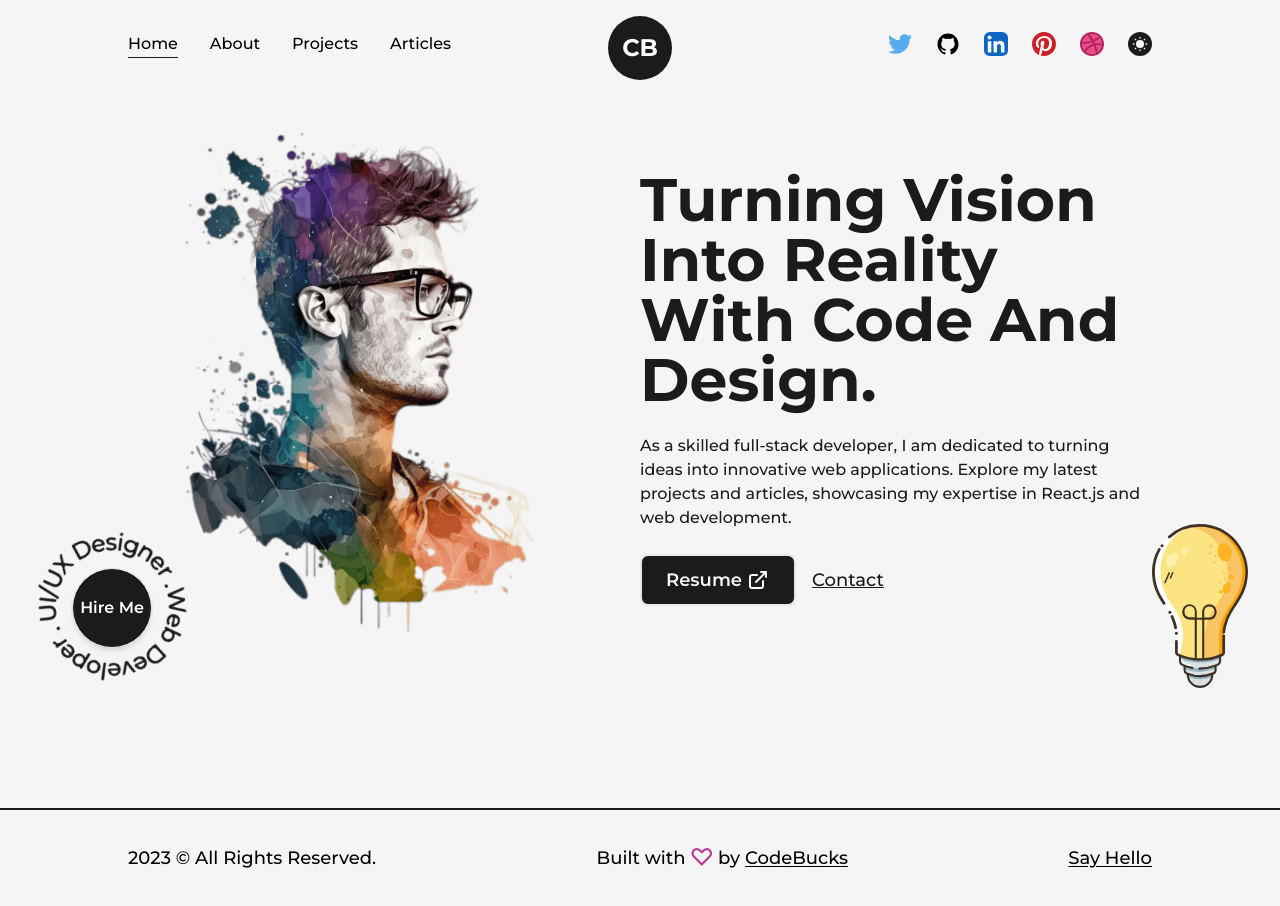
Repository: Paul2002feb/Kiattikhunphan_Resume
Page: /
These files come from the project's save history. The page is drawn as it stood at one moment and after the next save; the edit follows.
The browser window is 1280 px wide. The pictures show the whole page.
The project was rebuilt for these pictures with package versions that can differ from the ones it lists, and the page was loaded fresh each time. The framework's server and built-in components were replaced by stand-ins that run in the browser. Also part of the build but not shown: next.config.js.

Above is the page before, as saved 2023-08-23 17:33:44.

### src/pages/_app.js
import Footer from "@/components/Footer";
import Navbar from "@/components/Navbar";
import "@/styles/globals.css";
import { AnimatePresence } from "framer-motion";
// pages/_app.js
import { Montserrat } from "next/font/google";
import Head from "next/head";
import { useRouter } from "next/router";

// If loading a variable font, you don't need to specify the font weight
const montserrat = Montserrat({ subsets: ["latin"], variable: "--font-mont" });

export default function App({ Component, pageProps }) {
  const router = useRouter();

  return (
    <>
      <Head>
        <meta name="viewport" content="width=device-width, initial-scale=1" />
        <link rel="icon" href="/favicon.ico" />
      </Head>
      <main
        className={`${montserrat.variable} font-mont  bg-light dark:bg-dark w-full min-h-screen h-full`}
      >
        <Navbar />
        <AnimatePresence initial={false} mode="wait">
          <Component key={router.asPath} {...pageProps} />
        </AnimatePresence>
        <Footer />
      </main>
    </>
  );
}

### src/pages/_document.js
import { Html, Head, Main, NextScript } from "next/document";
import Script from "next/script";

export default function Document() {
  return (
    <Html lang="en">
      <Head />
      <body>
        <Script id="theme-switcher" strategy="beforeInteractive">
        {`
 if (
  localStorage.getItem('theme') === 'dark' ||
  (!('theme' in localStorage) &&
    window.matchMedia('(prefers-color-scheme: dark)').matches)
) {
  document.documentElement.classList.add('dark');
} else {
  document.documentElement.classList.remove('dark');
}
  `}
        </Script>
        <Main />
        <NextScript />
      </body>
    </Html>
  );
}

### src/pages/index.js
import AnimatedText from "@/components/AnimatedText";
import { HireMe } from "@/components/HireMe";
import { LinkArrow } from "@/components/Icons";
import Layout from "@/components/Layout";
import Head from "next/head";
import Image from "next/image";
import Link from "next/link";
import lightBulb from "../../public/images/svgs/miscellaneous_icons_1.svg";
import profilePic from "../../public/images/profile/developer-pic-1.png";
import TransitionEffect from "@/components/TransitionEffect";


export default function Home() {

  return (
    <>
      <Head>
        <title>Awesome Portfolio Built with Nextjs</title>
        <meta
          name="description"
          content="Explore CodeBucks's Next.js developer portfolio and
        discover the latest webapp projects and software engineering articles.
        Showcase your skills as a full-stack developer and software engineer."
        />
      </Head>

      <TransitionEffect />
      <article
        className={`flex min-h-screen items-center text-dark dark:text-light sm:items-start`}
      >
        <Layout className="!pt-0 md:!pt-16 sm:!pt-16">
          <div className="flex w-full items-start justify-between md:flex-col">
            <div className="w-1/2 lg:hidden md:inline-block md:w-full">
              <Image
                src={profilePic}
                alt="CodeBucks"
                className="h-auto w-full"
                sizes="100vw"
                priority
              />
            </div>
            <div className="flex w-1/2 flex-col items-center self-center lg:w-full lg:text-center">
              <AnimatedText
                text="Turning vision into reality with code and design."
                className="!text-left !text-6xl xl:!text-5xl lg:!text-center lg:!text-6xl md:!text-5xl sm:!text-3xl"
              />
              <p className="my-4 text-base font-medium md:text-sm sm:!text-xs">
              As a skilled full-stack developer, I am dedicated to turning ideas into innovative web applications. Explore my latest projects and articles, showcasing my expertise in React.js and web development.
              </p>
              <div className="mt-2 flex items-center self-start lg:self-center">
                <Link
                  // whileHover={{
                  //   cursor: `url("data:[embedded picture, 162 characters]"), auto`,
                  // }}
                  href="/dummy.pdf"
                  target={"_blank"}
                  className={`flex items-center rounded-lg border-2 border-solid bg-dark p-2.5 px-6 text-lg font-semibold
            capitalize text-light hover:border-dark hover:bg-transparent hover:text-dark
            dark:bg-light dark:text-dark dark:hover:border-light dark:hover:bg-dark dark:hover:text-light
            md:p-2 md:px-4 md:text-base
             `}
                  download
                >
                  Resume <LinkArrow className="ml-1 !w-6 md:!w-4" />
                </Link>

                <Link
                  href="mailto:codebucks27@gmail.com"
                  className="ml-4 text-lg font-medium capitalize text-dark underline
                  dark:text-light md:text-base"
                >
                  Contact
                </Link>
              </div>
            </div>
          </div>
        </Layout>

        <HireMe />
        <div className="absolute right-8 bottom-8 inline-block w-24 md:hidden">
          <Image
            className="relative h-auto w-full"
            src={lightBulb}
            alt="Codebucks"
          />
        </div>
      </article>
    </>
  );
}

### src/components/Footer.js
import Link from "next/link";
import React from "react";
import Layout from "./Layout";

const Footer = () => {
  return (
    <footer
      className="w-full border-t-2 border-solid border-dark
    font-medium text-lg dark:text-light dark:border-light sm:text-base
    "
    >
      <Layout className="py-8 flex items-center justify-between lg:flex-col lg:py-6">
        <span>{new Date().getFullYear()} &copy; All Rights Reserved.</span>

        <div className="flex items-center lg:py-2">
          Built with <span className="text-primary text-2xl px-1 dark:text-primaryDark">&#9825;	</span> by&nbsp;
          <Link
            href="https://devdreaming.com"
            target="_blank"
            className="underline underline-offset-2"
          >
            CodeBucks
          </Link>
        </div>

        <Link
          href="https://devdreaming.com/about"
          target="_blank"
          className="underline underline-offset-2"
        >
          Say Hello
        </Link>
      </Layout>
    </footer>
  );
};

export default Footer;

### src/components/AnimatedText.js
import React from "react";
import { motion, stagger } from "framer-motion";

//animated the "Turning vision part" this makes it appear in 1s
const quote = {
  initial: { opacity: 1 },
  animate: {
    opacity: 1,
    transition: {
      delay: 0.3,
      staggerChildren: 0.1,
    },
  },
};

const singleWord = {
  initial: { opacity: 0, y: 50 },
  animate: {
    opacity: 1,
    y: 0,
    transition: {
      duration: 1,
    },
  },
};

// 2 inputs text and className
const AnimatedText = ({ text, className = "" }) => {
  return (
    <div className="w-full mx-auto py-2 flex items-center justify-center text-center overflow-hidden sm:py-0">
      <motion.h1
        className={`text-8x1 inline-block w-full text-green font-bold capitalize text-8xl dark:text-light ${className}`}
        variants={quote}
        // initial and animate take the values above
        initial="initial"
        animate="animate"
      >
        {text.split(" ").map((word, index) => (
          <motion.span
            key={word + "_" + index}
            className="inline-block"
            variants={singleWord}
            // no need to initialize this.
            // initial="initial"
            // animate="animate"
          >
            {word}&nbsp;
          </motion.span>
        ))}
      </motion.h1>
    </div>
  );
};

export default AnimatedText;

### src/components/HireMe.js
import Link from "next/link";
import React from "react";
import { CircularText } from "./Icons";

export const HireMe = () => {
  return (
    <div className="fixed left-4 bottom-4 flex flex-col items-center justify-center md:right-8 sm:right-0
    overflow-hidden md:bottom-auto md:left-auto md:top-0 md:absolute z-20">
      <div className="w-48 h-auto flex items-center justify-center relative md:w-24">
        <CircularText
          className={"fill-dark dark:fill-light animate-spin-slow duration-200"}
        />
        <Link
          href="mailto:codebucks27@gmail.com"
          className="flex items-center justify-center absolute left-[50%] top-[50%] translate-x-[-50%] translate-y-[-50%] shadow-md border border-solid
bg-dark rounded-full text-white w-20 h-20 font-semibold hover:bg-light hover:border-dark hover:text-dark dark:text-dark dark:bg-light dark:hover:bg-dark
dark:hover:text-light dark:hover:border-light dark:shadow-light/25 md:w-12 md:h-12 md:text-[10px]
"
        >
          Hire Me
        </Link>
      </div>
    </div>
  );
};

### src/components/Layout.js
import React from "react";

const Layout = ({ children, className = "" }) => {
  return (
    <div
      className={`z-0 inline-block h-full w-full bg-light p-32 dark:bg-dark xl:p-24 lg:p-16
      md:p-12 sm:p-8 ${className}`}
    >
      {children}
    </div>
  );
};

export default Layout;

### src/components/TransitionEffect.js
import { motion } from "framer-motion";
import React from "react";

const TransitionEffect = () => {
  return (
    <>
      <motion.div
        className="fixed top-0 bottom-0 right-full w-screen h-screen z-30 bg-primary"
        initial={{ x: "100%", width: "100%" }}
        animate={{ x:"0%", width:"0%" }}
        exit={{x:["0%", "100%"], width:["0%","100%"]}}
        transition={{ duration: 0.8, ease: "easeInOut" }}
      />
      <motion.div
        className="fixed top-0 bottom-0 right-full w-screen h-screen z-20 bg-light dark:bg-dark"
        initial={{ x: "100%", width: "100%" }}
        animate={{ x: "0%", width: "0%" }}
        transition={{ delay: 0.2, duration: 0.8, ease: "easeInOut" }}
      />
      <motion.div
        className="fixed top-0 bottom-0 right-full w-screen h-screen z-10 bg-dark dark:bg-light"
        initial={{ x: "100%", width: "100%" }}
        animate={{ x: "0%", width: "0%" }}
        transition={{ delay: 0.4, duration: 0.8, ease: "easeInOut" }}
      />
    </>
  );
};

export default TransitionEffect;

### src/components/Logo.js
import { motion } from 'framer-motion'
import Link from 'next/link'
import React from 'react'


let MotionLink = motion(Link);

const Logo = () => {

  return (
    <div
     className='flex flex-col items-center justify-center mt-2'>
        <MotionLink href="/"
    className='flex items-center justify-center rounded-full w-16 h-16  bg-dark text-white dark:border-2 dark:border-solid dark:border-light
    text-2xl font-bold'
    whileHover={{
      backgroundColor:["#121212", "rgba(131,58,180,1)","rgba(253,29,29,1)","rgba(252,176,69,1)","rgba(131,58,180,1)", "#121212"],
      transition:{duration:1, repeat: Infinity }
    }}
    >CB</MotionLink>
    </div>
  )
}

export default Logo

### src/components/Hooks/useThemeSwitch.js
import React, { useState, useEffect } from "react";

export function useThemeSwitch() {
  const preferDarkQuery = "(prefers-color-scheme: dark)";
  const [mode, setMode] = useState("");

  useEffect(() => {
    const mediaQuery = window.matchMedia(preferDarkQuery);
    const userPref = window.localStorage.getItem("theme");

    const handleChange = () => {
      if (userPref) {
        let check = userPref === "dark" ? "dark" : "light";
        setMode(check);
        if (check === "dark") {
          document.documentElement.classList.add("dark");
        } else {
          document.documentElement.classList.remove("dark");
        }
        return check;
      } else {
        setMode(mediaQuery.matches ? "dark" : "light");
        window.localStorage.setItem(
          "theme",
          mediaQuery.matches ? "dark" : "light"
        );
        if (mediaQuery.matches) {
          document.documentElement.classList.add("dark");
        } else {
          document.documentElement.classList.remove("dark");
        }
        return window.matchMedia(preferDarkQuery).matches ? "dark" : "light";
      }
    };

    handleChange();

    mediaQuery.addEventListener("change", handleChange);
    return () => mediaQuery.removeEventListener("change", handleChange);
  }, []);

  useEffect(() => {
    if (mode === "dark") {
      document.documentElement.classList.add("dark");
      window.localStorage.setItem("theme", "dark");
    }

    if (mode === "light") {
      document.documentElement.classList.remove("dark");
      window.localStorage.setItem("theme", "light");
    }
  }, [mode]);

  // we're doing it this way instead of as an effect so we only
  // set the localStorage value if they explicitly change the default
  return [mode, setMode];
}

### tailwind.config.js
/** @type {import('tailwindcss').Config} */
const { fontFamily } = require("tailwindcss/defaultTheme");

module.exports = {
  content: [
    "./app/**/*.{js,ts,jsx,tsx}",
    "./pages/**/*.{js,ts,jsx,tsx}",
    "./components/**/*.{js,ts,jsx,tsx}",
    // Or if using `src` directory:
    "./src/**/*.{js,ts,jsx,tsx}",
  ],
  darkMode: "class",
  theme: {
    extend: {
      fontFamily: {
        mont: ["var(--font-mont)", ...fontFamily.sans],
      },
      colors: {
        dark: "#1b1b1b",
        light: "#f5f5f5",
        primary: "#B63E96", // 240,86,199 #F056C7
        primaryDark: "#58E6D9", // 80,230,217
      },
      animation: {
        "spin-slow": "spin 8s linear infinite",
      },
      backgroundImage: {
        circularLight:
          "repeating-radial-gradient(rgba(0,0,0,0.4) 2px,#f5f5f5 5px,#f5f5f5 100px)",
        circularDark:
          "repeating-radial-gradient(rgba(255,255,255,0.5) 2px,#1b1b1b 8px,#1b1b1b 100px)",
        circularLightLg:
          "repeating-radial-gradient(rgba(0,0,0,0.4) 2px,#f5f5f5 5px,#f5f5f5 80px)",

        circularDarkLg:
          "repeating-radial-gradient(rgba(255,255,255,0.5) 2px,#1b1b1b 8px,#1b1b1b 80px)",
        circularLightMd:
          "repeating-radial-gradient(rgba(0,0,0,0.4) 2px,#f5f5f5 5px,#f5f5f5 60px)",

        circularDarkMd:
          "repeating-radial-gradient(rgba(255,255,255,0.5) 2px,#1b1b1b 8px,#1b1b1b 60px)",

        circularLightSm:
          "repeating-radial-gradient(rgba(0,0,0,0.4) 2px,#f5f5f5 5px,#f5f5f5 40px)",

        circularDarkSm:
          "repeating-radial-gradient(rgba(255,255,255,0.5) 2px,#1b1b1b 8px,#1b1b1b 40px)",
      },
      boxShadow: {
        "3xl": "0 15px 15px 1px rgba(80,230,217, 0.4)",
      },
    },
    screens: {
      "2xl": { max: "1535px" },
      // => @media (max-width: 1535px) { ... }

      xl: { max: "1279px" },
      // => @media (max-width: 1279px) { ... }

      lg: { max: "1023px" },
      // => @media (max-width: 1023px) { ... }

      md: { max: "767px" },
      // => @media (max-width: 767px) { ... }

      sm: { max: "639px" },
      // => @media (max-width: 639px) { ... }

      xs: { max: "479px" },
      // => @media (max-width: 479px) { ... }
    },
  },
  plugins: [
    function ({ addVariant }) {
      addVariant("child", "& > *");
      addVariant("child-hover", "& > *:hover");
    },
  ],
};

Loaded but not shown: src/styles/globals.css (common file); src/components/Icons.js (463 lines, source omitted); src/components/Navbar.js (265 lines, source omitted)

After the next save:
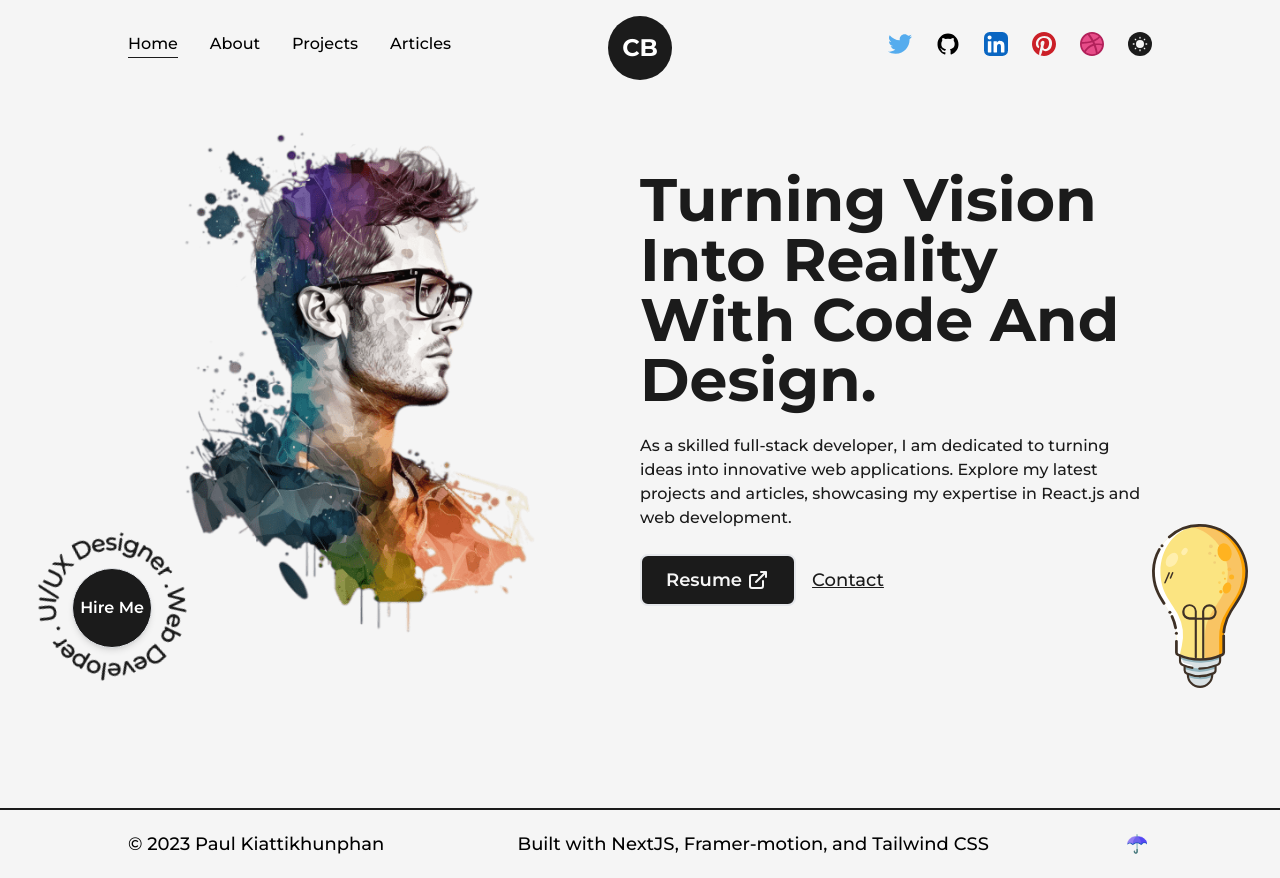
Saved 5 s later.
--- a/src/components/Footer.js
+++ b/src/components/Footer.js
@@ -1,35 +1,19 @@
-import Link from "next/link";
 import React from "react";
 import Layout from "./Layout";
+import Link from "next/link";
 
 const Footer = () => {
   return (
-    <footer
-      className="w-full border-t-2 border-solid border-dark
-    font-medium text-lg dark:text-light dark:border-light sm:text-base
-    "
-    >
-      <Layout className="py-8 flex items-center justify-between lg:flex-col lg:py-6">
-        <span>{new Date().getFullYear()} &copy; All Rights Reserved.</span>
-
-        <div className="flex items-center lg:py-2">
-          Built with <span className="text-primary text-2xl px-1 dark:text-primaryDark">&#9825;	</span> by&nbsp;
-          <Link
-            href="https://devdreaming.com"
-            target="_blank"
-            className="underline underline-offset-2"
-          >
-            CodeBucks
-          </Link>
+    <footer className="w-full border-t-2 border-solid border-dark font-medium text-lg dark:text-light dark:border-light">
+      <Layout className="py-5 flex items-center justify-between">
+        {/* displays the date  */}
+        <span> &copy; {new Date().getFullYear()} Paul Kiattikhunphan</span>
+        <div className="flex items-center sm:hidden md:hidden ">
+          Built with NextJS, Framer-motion, and Tailwind CSS
         </div>
-
-        <Link
-          href="https://devdreaming.com/about"
-          target="_blank"
-          className="underline underline-offset-2"
-        >
-          Say Hello
-        </Link>
+        <span className="text-primary dark:text-primaryDark text2x-l px-1 ">
+          &#x2602;
+        </span>
       </Layout>
     </footer>
   );
